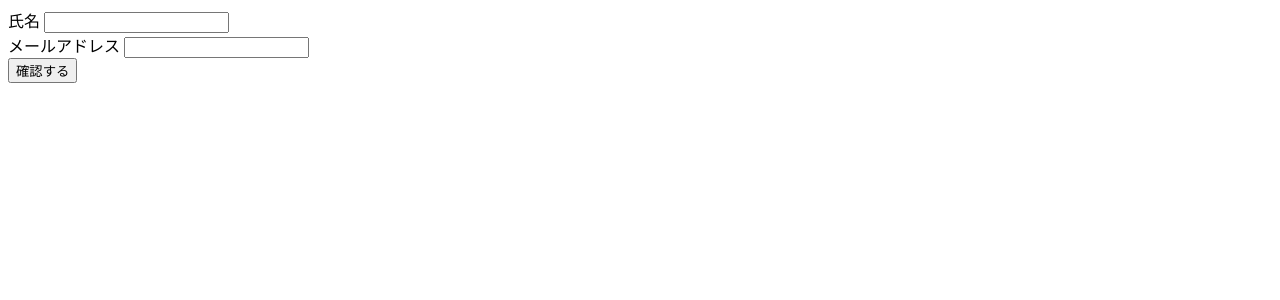
Repository: iwaki-toshiyuki/PHP-practice
Page: http://localhost/php_test2/form/input.php
The author's editor kept a copy of each file at every save. The page is drawn from the files as they stood at one save, then again after the next save.
The browser window is 1280 px wide. The pictures show the whole page.
The page is run by PHP 8.4 with error messages shown; the project is at /var/www/html/.

Above is the page before, as saved 2024-03-06 10:40:57.

After the next save:
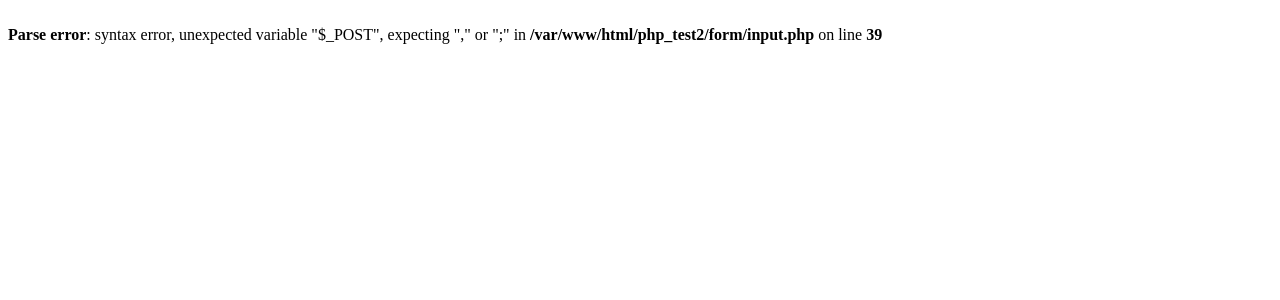
Saved 61 s later.
--- a/php_test2/form/input.php
+++ b/php_test2/form/input.php
@@ -36,7 +36,7 @@ if (!empty($_POST['btn_submit'])) {
   <?php if ($pageFlag == 1) : ?>
     <form method='POST' action='input.php'>
       氏名
-      <?php echo $_POST['your_name']; ?>
+      <?php echo h$_POST['your_name']; ?>
       <br>
       メールアドレス
       <?php echo $_POST['email']; ?>
